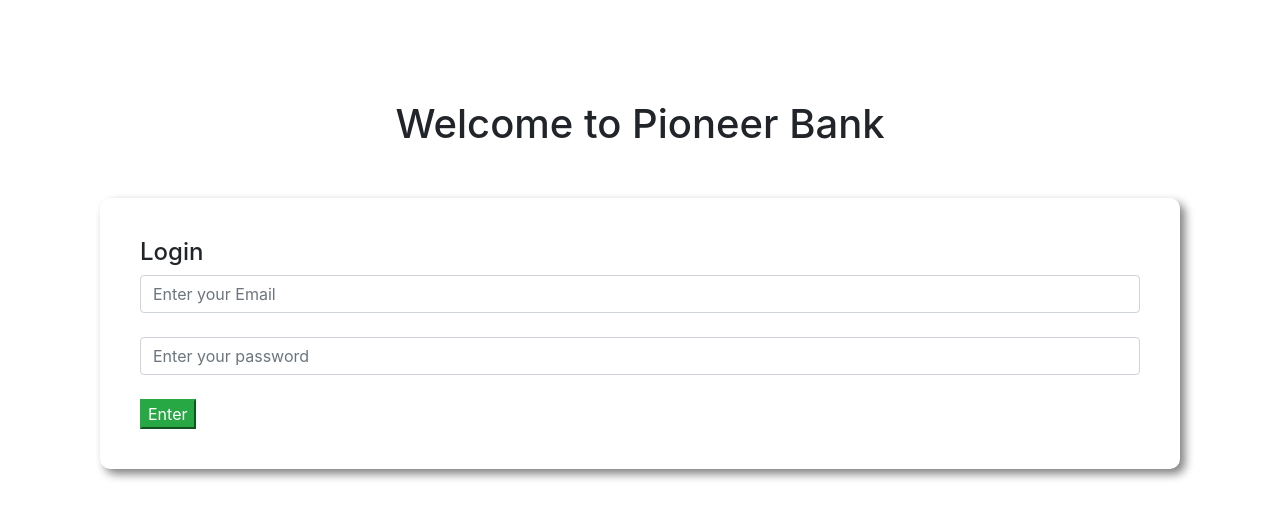
Repository: omarhasnain/pioneer-bank
Page: index.html
These files come from the project's save history. The page is drawn as it stood at one moment and after the next save; the edit follows.
The browser window is 1280 px wide. The pictures show the whole page.

Above is the page before, as saved 2021-04-28 01:43:49.

### index.html
<!DOCTYPE html>
<html lang="en">

<head>
    <meta charset="UTF-8">
    <meta http-equiv="X-UA-Compatible" content="IE=edge">
    <meta name="viewport" content="width=device-width, initial-scale=1.0">
    <title>Pioneer Bank</title>
    <link rel="stylesheet" href="https://stackpath.bootstrapcdn.com/bootstrap/4.4.1/css/bootstrap.min.css" integrity="sha384-Vkoo8x4CGsO3+Hhxv8T/Q5PaXtkKtu6ug5TOeNV6gBiFeWPGFN9MuhOf23Q9Ifjh" crossorigin="anonymous">
    <link rel="stylesheet" href="style.css">
</head>

<body>

    <div id="login-area">
        <h1 class="text-center">Welcome to Pioneer Bank</h1>
        <div class="submit-area">
            <h4>Login</h4>
            <input type="text" class="form-control" placeholder="Enter your Email">
            <br>
            <input type="password" name="" id="" placeholder="Enter your password" class="form-control">
            <br>
            <button id="login" class="btn-success">Enter</button>
        </div>
    </div>
    <div id="transaction-area">
        <div class="row">
            <div class="col-md-4 ">
                <div class="deposit status">
                    <h5>Deposit</h5>
                    <h2>$00</h2>
                </div>
            </div>
            <div class="col-md-4">
                <div class="withdraw status">
                    <h5>Withdraw</h5>
                    <h2>$00</h2>
                </div>
            </div>
            <div class="col-md-4 ">
                <div class="balance status">
                    <h5>Balance</h5>
                    <h2>$1200</h2>
                </div>
            </div>
        </div>
    </div>
    <script>
        const loginButton = document.getElementById("login").addEventListener("click", function() {
            const loginArea = document.getElementById('login-area');
            loginArea.style.display = "none";
            const transactionArea = document.getElementById('transaction-area');
            transactionArea.style.display = "block";
        })
    </script>

</body>

</html>

### style.css
body {
    padding: 100px;
}

.submit-area {
    margin-top: 50px;
    border-radius: 10px;
    box-shadow: 5px 5px 10px grey;
    padding: 40px;
}

#transaction-area {
    display: none;
}

.status {
    margin: 0 20px;
    color: white;
    padding: 20px;
    border-radius: 10px;
}

.deposit {
    background-color: slateblue;
}

.withdraw {
    background-color: lightsalmon;
}

.balance {
    background-color: orange;
}

After the next save:
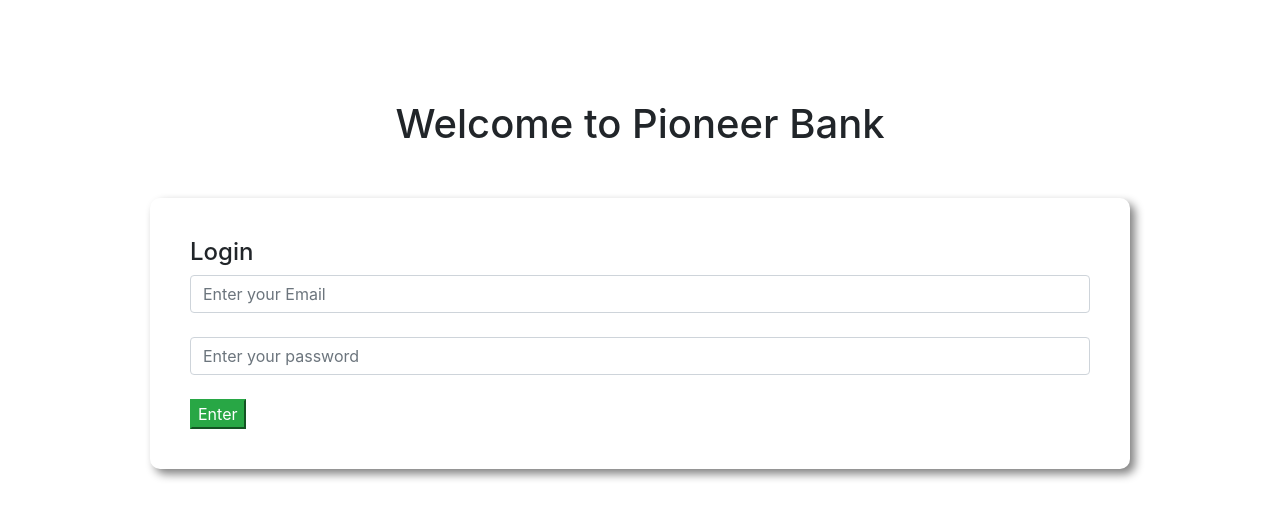
Saved 14 h 10 min later.
--- a/style.css
+++ b/style.css
@@ -3,7 +3,7 @@ body {
 }
 
 .submit-area {
-    margin-top: 50px;
+    margin: 50px;
     border-radius: 10px;
     box-shadow: 5px 5px 10px grey;
     padding: 40px;
